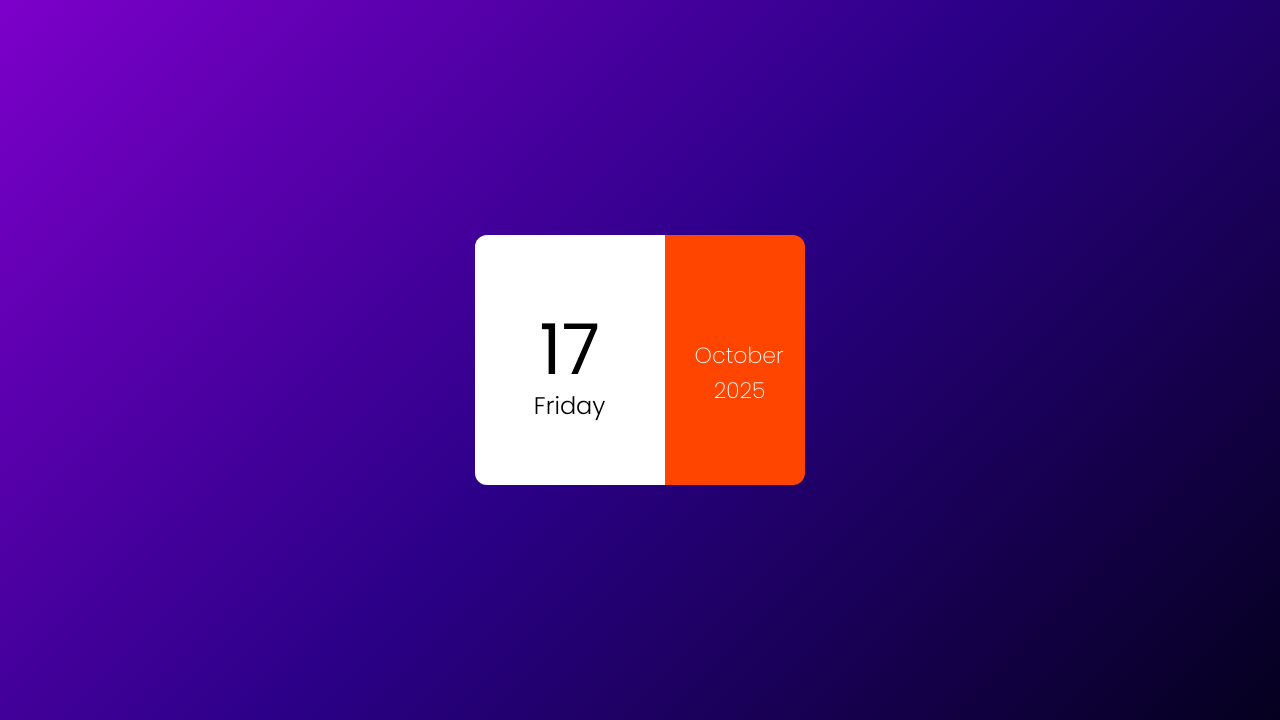
Repository: Ankitkr2021/Calendar
Page: index.html
An editor plug-in stored every save of this project. The page is shown before and after the next save, followed by the edit.
The browser window is 1280 px wide. The pictures show the whole page.

Above is the page before, as saved 2025-10-17 19:35:32.

### index.html
<!DOCTYPE html>
<html lang="en">
<head>
    <meta charset="UTF-8">
    <meta name="viewport" content="width=device-width, initial-scale=1.0">
    <title>Document</title>
    <link rel="stylesheet" href="./style.css">
</head>
<body>
    <div class="box">
        <div class="date">
            <h1>
            <div class="din"> 17</div>
            <div class="day"> Friday</div>
            </h1>
        </div>
        <div class="month">
            <div class="mon">October</div>
            <div class="year">2025</div>
        </div>
    </div>
</body>
</html>

### style.css
@import url('https://fonts.googleapis.com/css2?family=Poppins:wght@100;200;300;400;500;600;700;800;900&display=swap');

*{
    margin: 0;
    padding: 0;
    box-sizing: border-box;
    font-family: "Poppins",sans-serif;
}

.box {
    display: flex;
    align-items: center;
    justify-content: center;
    height: 100vh;
    background: linear-gradient(135deg, #7d00ca, #2b0087 50%, #05001f 100%);
    color: #fff;
}

.date {
    background: #fff;
    color: #000;
    height: 250px;
    width: 190px;
    display: flex;
    align-items: center;
    justify-content: center;
    border-top-left-radius: 12px;
    border-bottom-left-radius: 12px;
}

.din {
    text-align: center;
    font-size: 70px;
    font-weight: 400;
    margin-bottom: -15px;
}

.day{
    font-size: 24px;
    font-weight: 300;

}

.mon {
    /* display: flex;
    align-items: center;
    justify-content: center; */
    position: relative;
    left: 30px;
    top: 5px;
    font-size: 22px;
    font-weight: 200;
    margin-bottom: 20px;
}

.year {
    /* background: #fff; */
    position: relative;
    right: 40px;
    top: 30px;
     font-size: 22px;
    font-weight: 200;
}

.month{
    background: orangered;
    height: 250px;
    display: flex;
    align-items: center;
    justify-content: center;
    border-top-right-radius: 12px;
    border-bottom-right-radius: 12px;

}

After the next save:
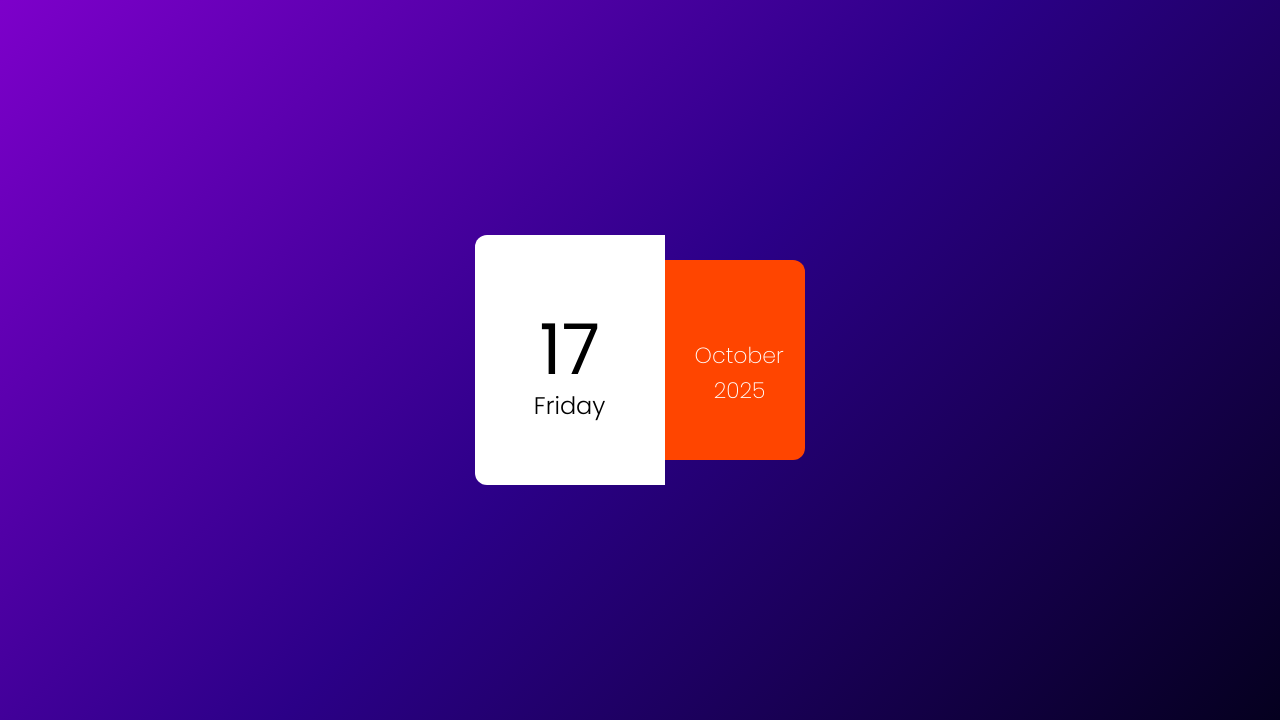
Saved 5 s later.
--- a/style.css
+++ b/style.css
@@ -64,7 +64,7 @@
 
 .month{
     background: orangered;
-    height: 250px;
+    height: 200px;
     display: flex;
     align-items: center;
     justify-content: center;
